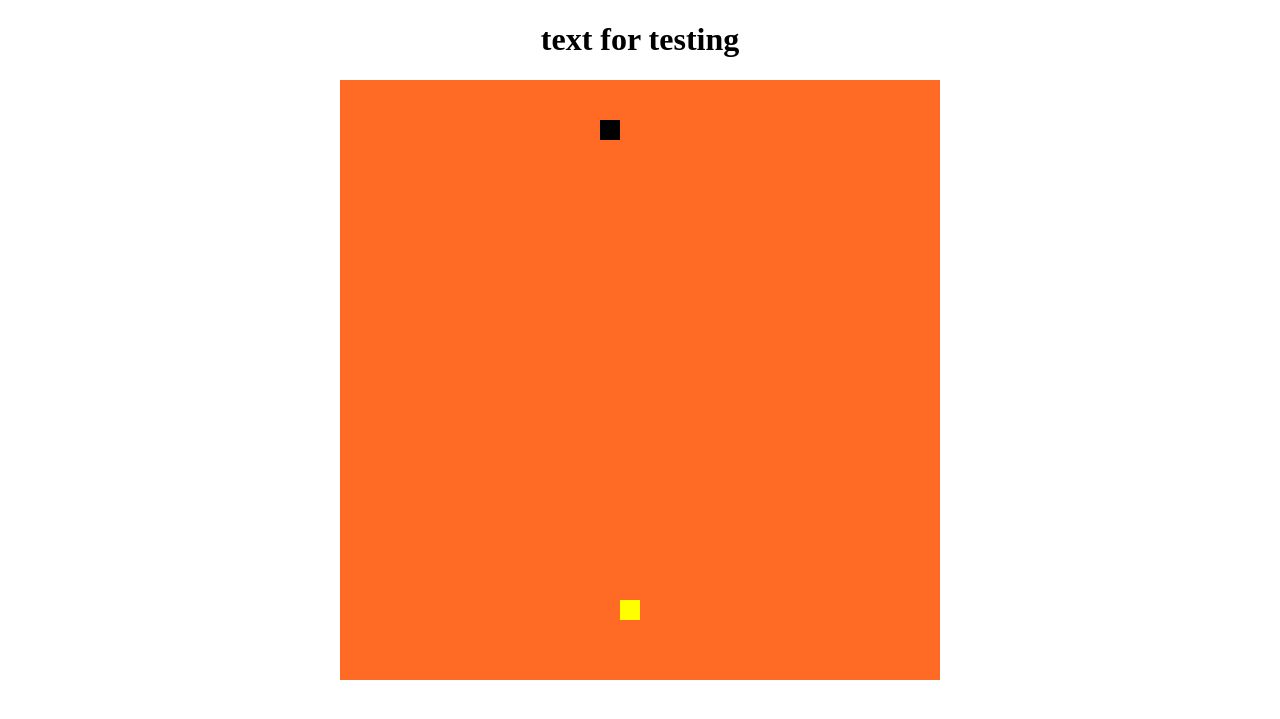
Repository: jessehapuli/jessehapuli.github.io
Page: snake/snake.html
These files come from the project's save history. The page is drawn as it stood at one moment and after the next save; the edit follows.
The browser window is 1280 px wide. The pictures show the whole page.

Above is the page before, as saved 2024-05-13 13:08:21.

After the next save:
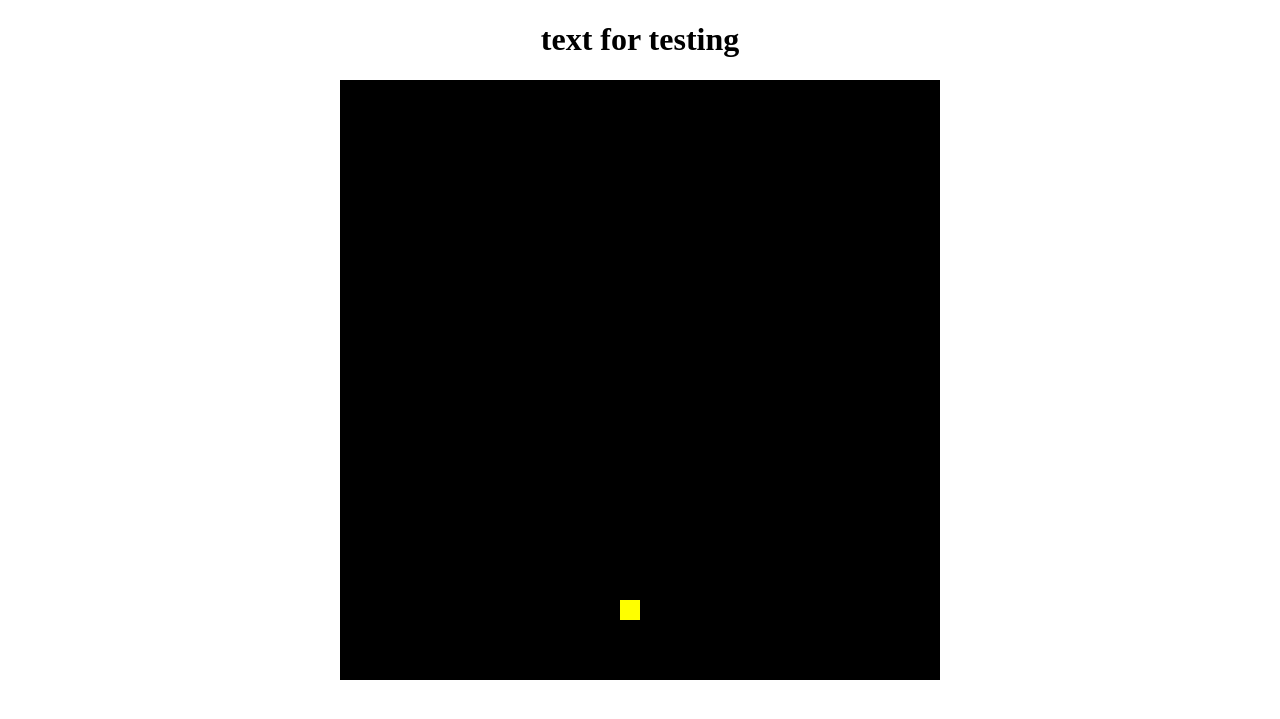
Saved 119 s later.
--- a/snake/testsnake.js
+++ b/snake/testsnake.js
@@ -40,7 +40,7 @@ function update() {
     if (gameover) {
         return;
     }
-    Context.fillStyle="rgb(255, 106, 37)";
+    Context.fillStyle="rgb(red)";
     Context.fillRect(0, 0, board.width, board.height);
 
     Context.fillStyle="yellow";
